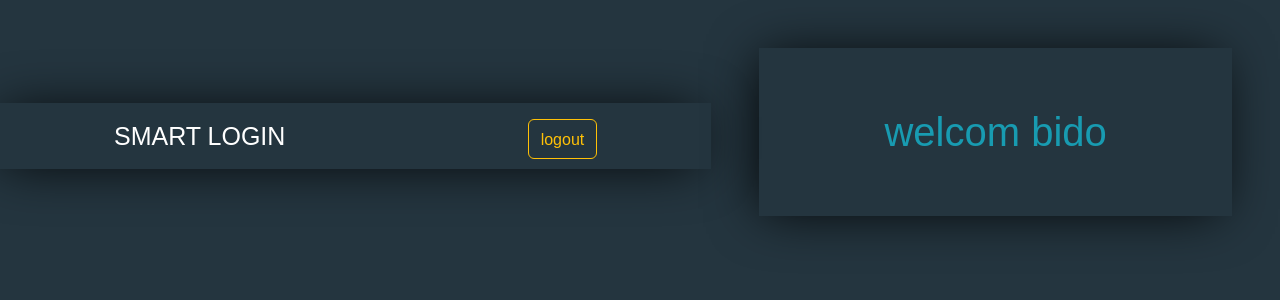
Repository: bodajava/TASK-4
Page: theerdIndex.html
These files come from the project's save history. The page is drawn as it stood at one moment and after the next save; the edit follows.
The browser window is 1280 px wide. The pictures show the whole page.

Above is the page before, as saved 2025-06-18 20:10:30.

### theerdIndex.html
<!DOCTYPE html>
<html lang="en">
  <head>
    <link rel="stylesheet" href="CSS/all.min.css" />
    <link rel="stylesheet" href="CSS/bootstrap.css" />
    <link rel="stylesheet" href="CSS/style.css" />
    <meta charset="UTF-8" />
    <meta name="viewport" content="width=device-width, initial-scale=1.0" />
    <title>Document</title>
  </head>
  <body>
    <div id="container" class="container-fluid">
      <nav
        id="nav"
        class="container navbar navbar-expand-lg bg-body-tertiary pt-0 pb-0"
      >
        <div class="container-fluid">
          <a id="margen" class="navbar-brand" href="#">SMART LOGIN</a>

          <button
            class="navbar-toggler"
            type="button"
            data-bs-toggle="collapse"
            data-bs-target="#navbarSupportedContent"
            aria-controls="navbarSupportedContent"
            aria-expanded="false"
            aria-label="Toggle navigation"
          >
            <span class="navbar-toggler-icon"></span>
          </button>

          <div class="collapse navbar-collapse" id="navbarSupportedContent">
            <ul class="navbar-nav ms-auto mb-2 mb-lg-0">
              <li>
                <a
                  class="pt-2 mt-3 btn btn-outline-warning w-100 d-flex align-items-center"
                  href=""
                  >logout</a
                >
              </li>
            </ul>
          </div>
        </div>
      </nav>
    </div>
    <div id="booox" class="group m-auto w-75 p-5">
      <h1 id="userName" class="text-center">welcom bido</h1>
    </div>
    <script src="js/bootstrap.bundle.min.js"></script>
    <script src="js/index.js"></script>
  </body>
</html>

### CSS/style.css
* {
  padding: 0;
  margin: 0;
  box-sizing: border-box;
}

body {
  background-color: #24353f;
  display: flex;
  justify-content: center;
  align-items: center;
  font-family: Arial, sans-serif;
}

#item {
  margin-top: 60px;
  margin-left: 390px;
  margin-right: 390px;
  padding-left: 15px;
  padding-right: 15px;
}

#item2 {
  box-shadow: -5px 2px 54px -9px rgba(0, 0, 0, 1);
  margin-left: 138.75px;
  margin-right: 138.75px;
  padding-left: 60px;
  padding-right: 60px;
  padding-top: 60px;
  padding-bottom: 60px;
}

h1 {
  color: #189bb1;
}

.anchor {
  text-decoration: none;
}

.anchor:hover {
  text-decoration: underline;
}

.paragraph {
  font-size: 20px;
  line-height: 30px;
  font-weight: 400;
  color: white;
}

.paragraph a {
  font-size: 20px;
  line-height: 30px;
  font-weight: 400;
  color: white;
}

.form-control {
  background-color: #24353f;
  border: 1px solid white;
  color: #fff;
  border-radius: 5px;
}

.form-control::placeholder {
  color: #a0a0a0;
}

.form-control:focus {
  background-color: #24353f;
  color: #fff;
  border-color: #189bb1;
  outline: none;
  box-shadow: none;
}

.btnn {
  text-decoration: none;
  color: #189bb1;
}

.btnn:hover {
  color: white;
}

#box {
  box-shadow: -5px 2px 54px -9px rgba(0, 0, 0, 1);
}

#nav {
  background-color: #24353f !important;
}

#container {
  box-shadow: -5px 2px 54px -9px rgba(0, 0, 0, 1);
}

#margen {
  margin-left: 90px;
  font-size: 25px;
  line-height: 38px;
  font-weight: 400;
  color: white;
}

ul li {
  margin-right: 90px;
  padding-bottom: 10px;
}

#userName {
  box-shadow: -5px 2px 54px -9px rgba(0, 0, 0, 1);
  padding-left: 60px;
  padding-right: 60px;
  padding-bottom: 60px;
  padding-top: 60px;
}

Loaded but not shown: CSS/all.min.css (library); CSS/bootstrap.css (library); js/bootstrap.bundle.min.js (library); js/index.js (no copy from this time; the picture is the same without it)

After the next save:
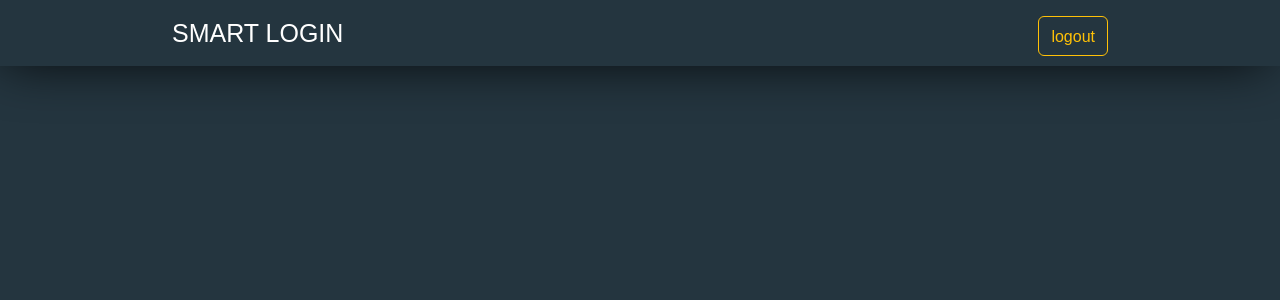
Saved 118 s later.
--- a/theerdIndex.html
+++ b/theerdIndex.html
@@ -43,9 +43,7 @@
         </div>
       </nav>
     </div>
-    <div id="booox" class="group m-auto w-75 p-5">
-      <h1 id="userName" class="text-center">welcom bido</h1>
-    </div>
+
     <script src="js/bootstrap.bundle.min.js"></script>
     <script src="js/index.js"></script>
   </body>

After the save that followed:
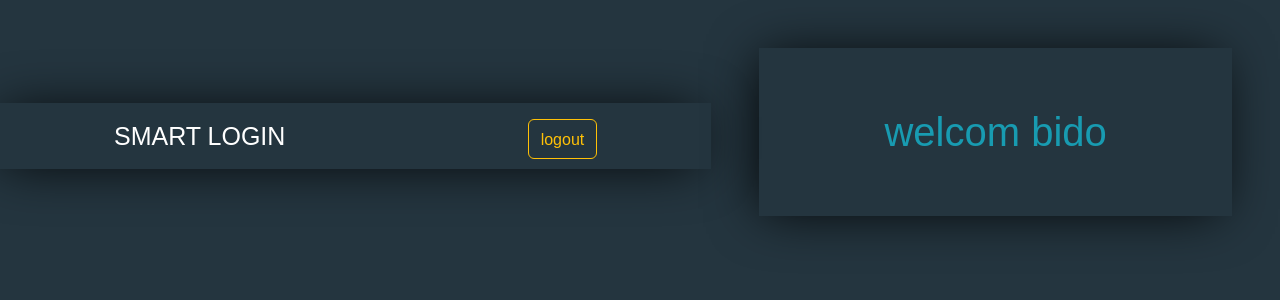
Saved 14 s later.
--- a/theerdIndex.html
+++ b/theerdIndex.html
@@ -43,7 +43,9 @@
         </div>
       </nav>
     </div>
-
+    <div id="booox" class="group m-auto w-75 p-5">
+      <h1 id="userName" class="text-center">welcom bido</h1>
+    </div>
     <script src="js/bootstrap.bundle.min.js"></script>
     <script src="js/index.js"></script>
   </body>
